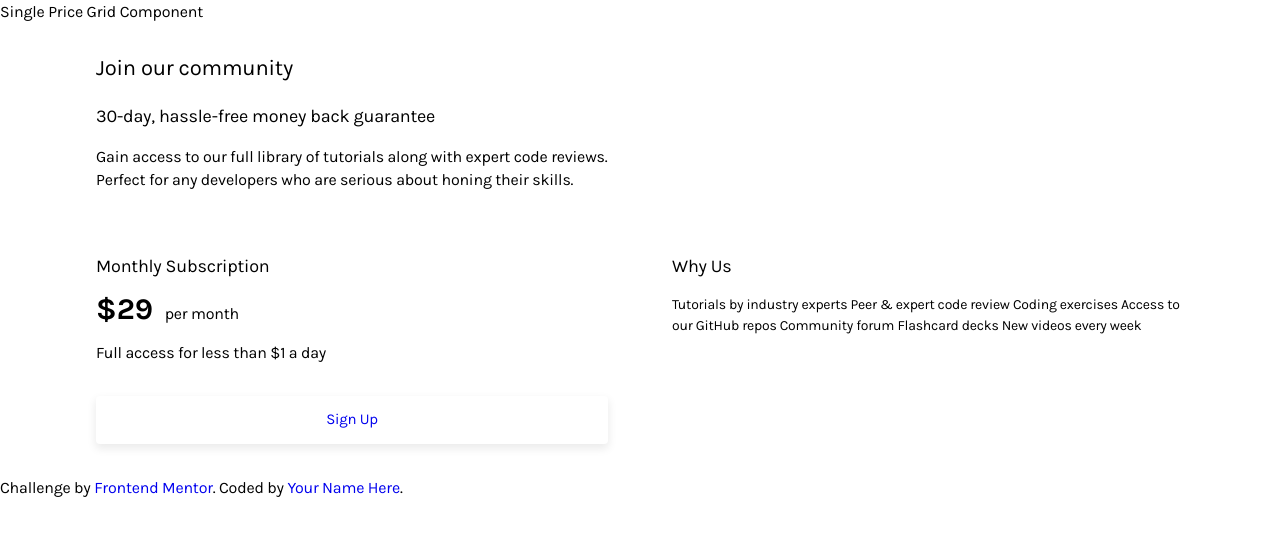
Repository: bangjuyoung/bangjuyoung
Page: practice/frontend-mentor/single-price-grid-component/index.html
An editor plug-in stored every save of this project. The page is shown before and after the next save, followed by the edit.
The browser window is 1280 px wide. The pictures show the whole page.

Above is the page before, as saved 2019-06-16 14:16:41.

After the next save:
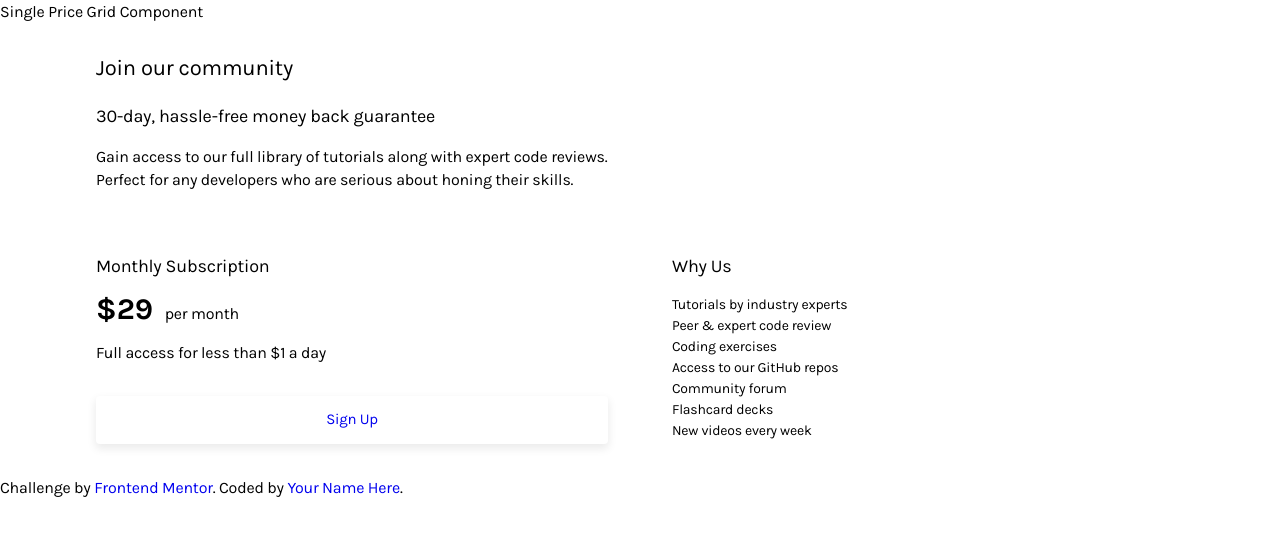
Saved 5 s later.
--- a/practice/frontend-mentor/single-price-grid-component/default.css
+++ b/practice/frontend-mentor/single-price-grid-component/default.css
@@ -117,7 +117,7 @@ body {
     display: none;
 }
 
-@media (min-wdith: min-width: 74rem) {
+@media (min-width: 74rem) {
     .single-price3 .newline {
         display: block;
     }
